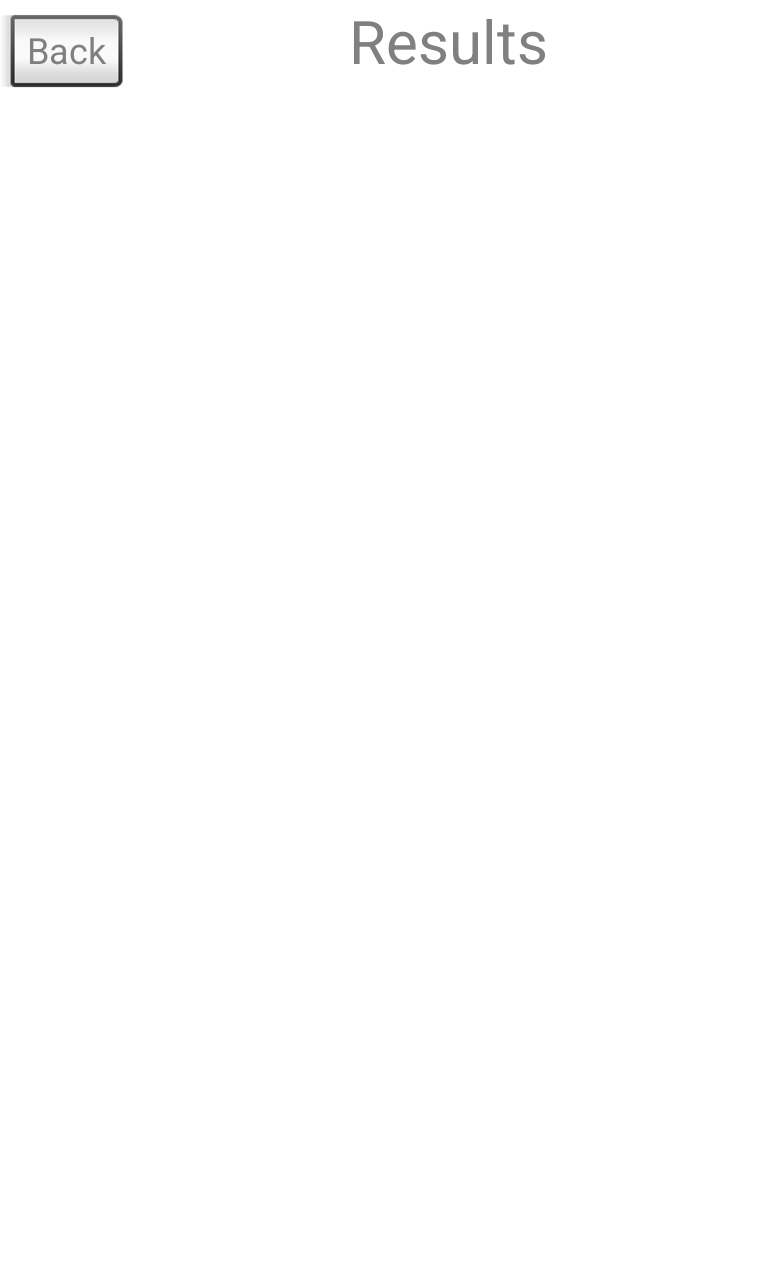
Repository: scottcaruso/Java_I_1307_Week4
Layout: myGov/res/layout/politician_display.xml
The author's editor kept a copy of each file at every save. The layout is drawn from the files as they stood at one save, then again after the next save.
It is drawn on a 768 x 1280 px phone screen (xhdpi) without system bars, with theme AppTheme; the app's code is not run.

Above is the layout before, as saved 2013-08-01 20:43:11.

### myGov/res/layout/politician_display.xml
<?xml version="1.0" encoding="utf-8"?>
<LinearLayout xmlns:android="http://schemas.android.com/apk/res/android"
    android:layout_width="match_parent"
    android:layout_height="match_parent"
    android:orientation="vertical" >


    <LinearLayout
        android:layout_width="match_parent"
        android:layout_height="wrap_content"
        android:orientation="horizontal">
	    <Button
	        android:id="@+id/back"
	        style="@android:style/Widget.Holo.Button.Inset"
	        android:layout_width="wrap_content"
	        android:layout_height="wrap_content"
	        android:hint="@string/back" />

	    <TextView
	        android:id="@+id/foundpoliticians"
	        android:layout_width="match_parent"
	        android:layout_height="wrap_content"
	        android:gravity="center"
	        android:hint="@string/results"
	        android:textSize="30sp" />
    </LinearLayout>


final TextView polLabel = UIElementCreator.createLabel(currentMainContext, "Politician Name: ");
				final TextView polPartyLabel = UIElementCreator.createLabel(currentMainContext, "Party Affiliaition: ");
				final TextView polStateLabel = UIElementCreator.createLabel(currentMainContext, "From State: ");
				final TextView polTermLabel = UIElementCreator.createLabel(currentMainContext, "Term Started: ");
				final TextView polTwitterLabel = UIElementCreator.createLabel(currentMainContext, "Twitter Handle: ");
				final TextView polWebsiteLabel = UIElementCreator.createLabel(currentMainContext, "Website Address: ");

				final TextView polName = UIElementCreator.createLabel(currentMainContext,thisPol.getString("Name"));
				final TextView polParty = UIElementCreator.createLabel(currentMainContext, thisPol.getString("Party"));
				final TextView polState = UIElementCreator.createLabel(currentMainContext, thisPol.getString("State"));
				final TextView polTerm = UIElementCreator.createLabel(currentMainContext, thisPol.getString("Term Start"));
				final TextView polTwitter = UIElementCreator.createLabel(currentMainContext, thisPol.getString("Twitter"));
				final TextView polWebsite = UIElementCreator.createLabel(currentMainContext, thisPol.getString("Website"));

</LinearLayout>

### myGov/res/values/strings.xml
<?xml version="1.0" encoding="utf-8"?>
<resources>

    <string name="app_name">myGov</string>
    <string name="action_settings">Settings</string>
    <string name="hello_world">Hello world!</string>
    <string name="enter_zip">Enter Zip</string>
    <string name="search_now">Search Now</string>
    <string name="view_saved_politicians">View Saved Politicians</string>
    <string name="back">Back</string>
    <string name="results">Results</string>

</resources>

Loaded but not shown: myGov/res/values/styles.xml (common file); myGov/res/values-v11/styles.xml (common file); myGov/res/values-v14/styles.xml (common file)

After the next save:
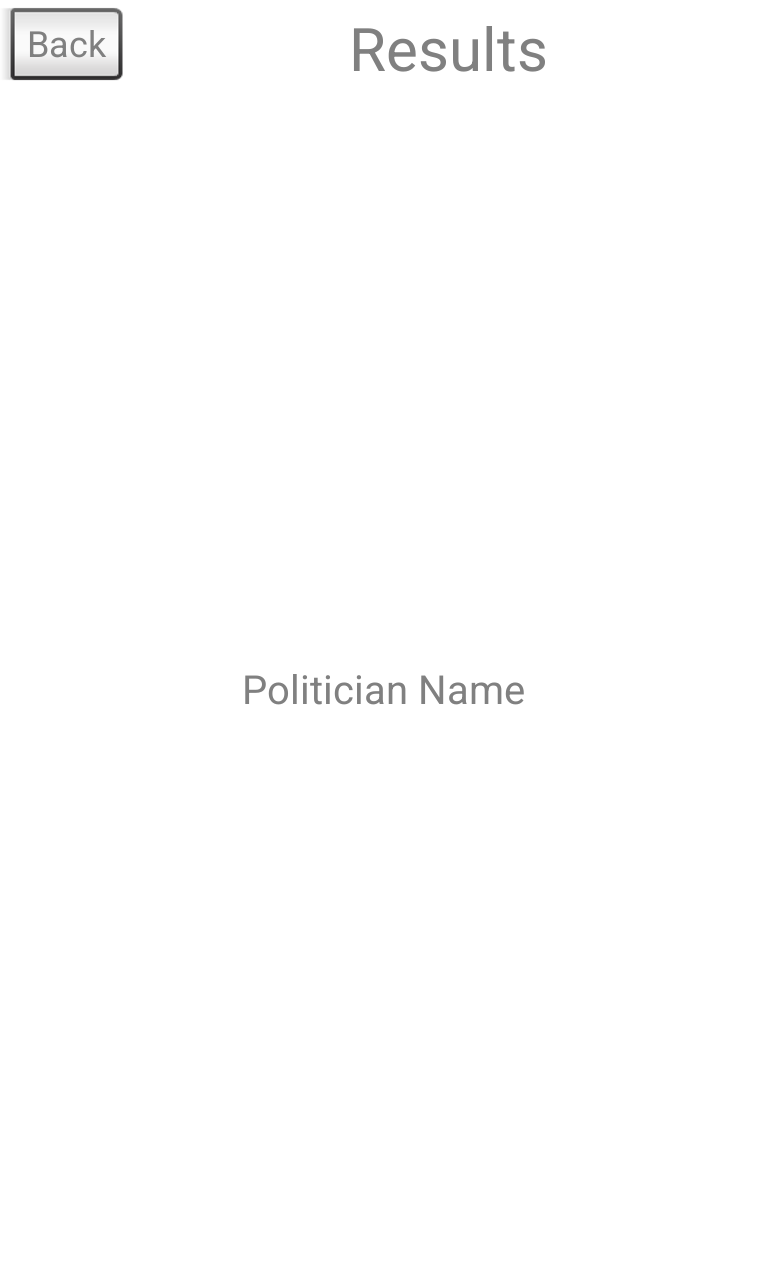
Saved 3 min 51 s later.
--- a/myGov/res/layout/politician_display.xml
+++ b/myGov/res/layout/politician_display.xml
@@ -20,11 +20,28 @@
 	        android:id="@+id/foundpoliticians"
 	        android:layout_width="match_parent"
 	        android:layout_height="wrap_content"
+	        android:layout_gravity="center"
 	        android:gravity="center"
 	        android:hint="@string/results"
 	        android:textSize="30sp" />
+
     </LinearLayout>
 
+    <ViewFlipper
+        android:id="@+id/viewFlipper1"
+        android:layout_width="match_parent"
+        android:layout_height="match_parent" >
+
+        <TextView
+            android:id="@+id/politicianName"
+            android:layout_width="wrap_content"
+            android:layout_height="wrap_content"
+            android:layout_gravity="center"
+            android:gravity="center"
+            android:hint="Politician Name"
+            android:textSize="20sp" />
+
+    </ViewFlipper>
 
 final TextView polLabel = UIElementCreator.createLabel(currentMainContext, "Politician Name: ");
 				final TextView polPartyLabel = UIElementCreator.createLabel(currentMainContext, "Party Affiliaition: ");
